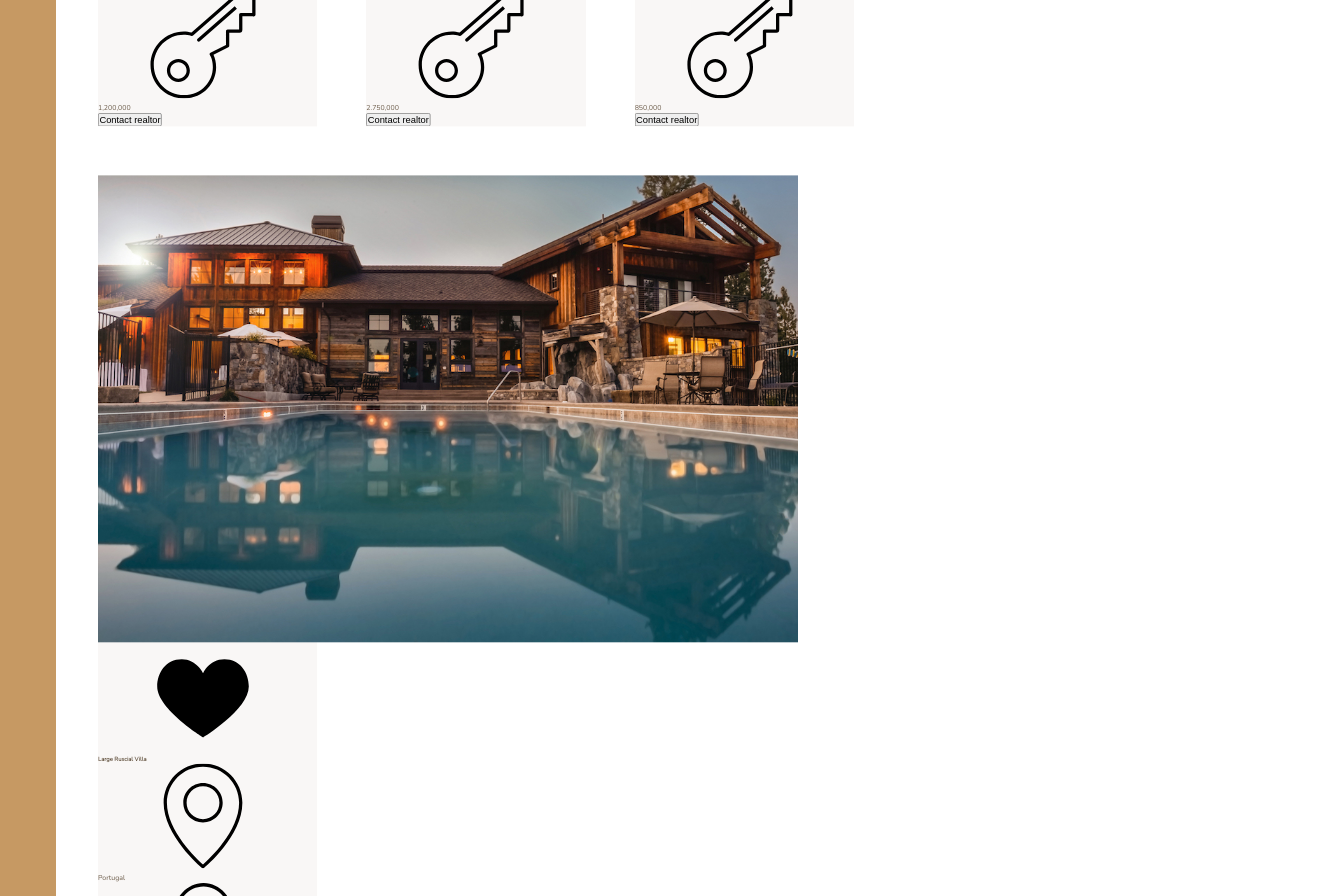
Repository: m2pd/your-home
Page: index.html
These files come from the project's save history. The page is drawn as it stood at one moment and after the next save; the edit follows.
The browser window is 1280 px wide. The page is 1907 px wide, so the pictures cover 1907 px, including what lies to the right of the window. The pictures show the part of the page from y = 3272 to 4552 px (the page is 5249 px tall), at 70% of full size.
The style sheet was rebuilt from its Sass, Less or Tailwind sources for each picture, by a compiler version that may differ from the author's.

Above is the page before, as saved 2020-03-05 15:45:12.

### index.html
<!DOCTYPE html>
<html lang="en">
    <head>
        <meta charset="UTF-8">
        <meta name="viewport" content="width=device-width, initial-scale=1.0">
        <meta http-equiv="X-UA-Compatible" content="ie=edge">

        <link href="https://fonts.googleapis.com/css?family=Josefin+Sans:300,400,400i|Nunito:300,300i" rel="stylesheet">
        <link rel="stylesheet" href="css/style.css">
        <link rel="shortcut icon" type="image/png" href="img/favicon.png">

        <title>nexter &mdash; your home, your freedom</title>
    </head>
    <body class="container">

        <div class="sidebar">
            Sidebar
        </div>

        <header class="header">
            Header
        </header>

        <div class="realtors">
            3 Realtors
        </div>

        <div class="features">
            <div class="feature feature-1">
                <svg class="feature__icon">
                    <use xlink:href="img/sprite.svg#icon-global"></use>
                </svg>
                <h4 class="heading-4 heading-4--dark">World's best luxury homes</h4>
                <p class="feature__text">
                    Lorem, ipsum dolor sit amet consectetur adipisicing elit. Tenetur distinctio necessitatibus pariatur voluptatibus.
                </p>
            </div>

            <div class="feature feature-2">
                <svg class="feature__icon">
                    <use xlink:href="img/sprite.svg#icon-trophy"></use>
                </svg>
                <h4 class="heading-4 heading-4--dark">Only the best properties</h4>
                <p class="feature__text">
                    Voluptatum mollitia quae. Vero ipsum sapiente molestias accusamus rerum sed a eligendi aut quia.
                </p>
            </div>

            <div class="feature feature-3">
                <svg class="feature__icon">
                    <use xlink:href="img/sprite.svg#icon-map-pin"></use>
                </svg>
                <h4 class="heading-4 heading-4--dark">All home in top location</h4>
                <p class="feature__text">
                    Tenetur distinctio necessitatibus pariatur voluptatibus quidem consequatur harum.
                </p>
            </div>

            <div class="feature feature-4">
                <svg class="feature__icon">
                    <use xlink:href="img/sprite.svg#icon-key"></use>
                </svg>
                <h4 class="heading-4 heading-4--dark">New home in one week</h4>
                <p class="feature__text">
                    Vero ipsum sapiente molestias accusamus rerum. Lorem, ipsum dolor sit amet consectetur adipisicing elit.
                </p>
            </div>

            <div class="feature feature-5">
                <svg class="feature__icon">
                    <use xlink:href="img/sprite.svg#icon-presentation"></use>
                </svg>
                <h4 class="heading-4">Top 1% realtors</h4>
                <p class="feature__text">
                    Quidem consequatur harum, voluptatum mollitia quae. Tenetur distinctio necessitatibus pariatur voluptatibus.
                </p>
            </div>

            <div class="feature feature-6">
                <svg class="feature__icon">
                    <use xlink:href="img/sprite.svg#icon-lock"></use>
                </svg>
                <h4 class="heading-4">Secure in Payment on nexter</h4>
                <p class="feature__text">
                    Pariatur voluptatibus quidem consequatur harum, voluptatum mollitia quae.
                </p>
            </div>
        </div>

        <div class="story__pictures">
            <img src="img/story-1.jpeg" alt="Couple with new house" class="story__img--1">
            <img src="img/story-2.jpeg" alt="New house" class="story__img--2">
        </div>

        <div class="story__content">
            <h3 class="heading-3 mb-sm">Happy Customer</h3>
            <h2 class="heading-2 heading-2--dark mb-md">&ldquo;The best decsion of our live&ldquo;</h2>
            <div class="story__text">
                Lorem ipsum dolor sit amet consectetur, adipisicing elit. Asperiores ipsam aut similique cumque nesciunt accusantium perspiciatis delectus! Incidunt, debitis ipsum.
            </div>
            <button class="btn">Find your our home</button>
        </div>

        <section class="homes">
            <div class="home">
                <img src="img/house-1.jpeg" alt="House 1" class="home__img">
                <svg class="home__like">
                    <use xlink:href="img/sprite.svg#icon-heart-full"></use>
                </svg>
                <h5 class="home__name">Beautiful Falimy House</h5>
                <div class="home__location">
                    <svg>
                        <use xlink:href="img/sprite.svg#icon-map-pin"></use>
                    </svg>
                    <p>USA</p>
                </div>
                <div class="home__rooms">
                    <svg>
                        <use xlink:href="img/sprite.svg#icon-profile-male"></use>
                    </svg>
                    <p>5 rooms</p>
                </div>
                <div class="home__area">
                    <svg>
                        <use xlink:href="img/sprite.svg#icon-expand"></use>
                    </svg>
                    <p>325m <sup>2</sup></p>
                </div>
                <div class="home__price">
                    <svg>
                        <use xlink:href="img/sprite.svg#icon-key"></use>
                    </svg>
                    <p>1,200,000</p>
                </div>
                <button class="cta">Contact realtor</button>
            </div>

            <div class="home">
                <img src="img/house-2.jpeg" alt="House 2" class="home__img">
                <svg class="home__like">
                    <use xlink:href="img/sprite.svg#icon-heart-full"></use>
                </svg>
                <h5 class="home__name">Mordern Glass Villa</h5>
                <div class="home__location">
                    <svg>
                        <use xlink:href="img/sprite.svg#icon-map-pin"></use>
                    </svg>
                    <p>Canada</p>
                </div>
                <div class="home__rooms">
                    <svg>
                        <use xlink:href="img/sprite.svg#icon-profile-male"></use>
                    </svg>
                    <p>6 rooms</p>
                </div>
                <div class="home__area">
                    <svg>
                        <use xlink:href="img/sprite.svg#icon-expand"></use>
                    </svg>
                    <p>45m <sup>2</sup></p>
                </div>
                <div class="home__price">
                    <svg>
                        <use xlink:href="img/sprite.svg#icon-key"></use>
                    </svg>
                    <p>2.750,000</p>
                </div>
                <button class="cta">Contact realtor</button>
            </div>

            <div class="home">
                <img src="img/house-3.jpeg" alt="House 3" class="home__img">
                <svg class="home__like">
                    <use xlink:href="img/sprite.svg#icon-heart-full"></use>
                </svg>
                <h5 class="home__name">Cozy Country House</h5>
                <div class="home__location">
                    <svg>
                        <use xlink:href="img/sprite.svg#icon-map-pin"></use>
                    </svg>
                    <p>UK</p>
                </div>
                <div class="home__rooms">
                    <svg>
                        <use xlink:href="img/sprite.svg#icon-profile-male"></use>
                    </svg>
                    <p>4 rooms</p>
                </div>
                <div class="home__area">
                    <svg>
                        <use xlink:href="img/sprite.svg#icon-expand"></use>
                    </svg>
                    <p>45m <sup>2</sup></p>
                </div>
                <div class="home__price">
                    <svg>
                        <use xlink:href="img/sprite.svg#icon-key"></use>
                    </svg>
                    <p>850,000</p>
                </div>
                <button class="cta">Contact realtor</button>
            </div>

            <div class="home">
                <img src="img/house-4.jpeg" alt="House 4" class="home__img">
                <svg class="home__like">
                    <use xlink:href="img/sprite.svg#icon-heart-full"></use>
                </svg>
                <h5 class="home__name">Large Ruscial Villa</h5>
                <div class="home__location">
                    <svg>
                        <use xlink:href="img/sprite.svg#icon-map-pin"></use>
                    </svg>
                    <p>Portugal</p>
                </div>
                <div class="home__rooms">
                    <svg>
                        <use xlink:href="img/sprite.svg#icon-profile-male"></use>
                    </svg>
                    <p>2 rooms</p>
                </div>
                <div class="home__area">
                    <svg>
                        <use xlink:href="img/sprite.svg#icon-expand"></use>
                    </svg>
                    <p>100m<sup>2</sup></p>
                </div>
                <div class="home__price">
                    <svg>
                        <use xlink:href="img/sprite.svg#icon-key"></use>
                    </svg>
                    <p>1,100,000</p>
                </div>
                <button class="cta">Contact realtor</button>
            </div>
        </section>

        <section class="gallery">
            Gallery
        </section>

        <footer class="footer">
            Footer
        </footer>

    </body>
</html>

### sass/_base.scss
// COLOR VARIABLES
$color-primary: #c69963;
$color-primary-dark: #B28451;

$color-secondary: #101d2c;

$color-grey-light-1: #f9f7f6;
$color-grey-light-2: #aaa;

$color-grey-dark-1: #54483A;
$color-grey-dark-2: #6D5D4B;

// FONT VARIABLES
$font-primary: 'Nunito', sans-serif;
$font-display: 'Josefin Sans', sans-serif;


*,
*::before,
*::after{
    margin:0;
    padding:0;
    box-sizing: inherit;
}

html{
    font-size:62.5%;
    box-sizing: border-box;
}

body{
    font-family: $font-primary;
    color: $color-grey-dark-2;
    font-weight: 300;
    line-height: 1.6;
}

.container{
    display: grid;
    grid-template-rows: 80vh min-content 40vw repeat(3, min-content);
    grid-template-columns:[sidebar-start] 8rem [sidebar-end full-start] minmax(6rem, 1fr) [center-start] repeat(8, [col-start] minmax(min-content, 14rem) [col-end]) [center-end] minmax(6rem, 1fr) [full-end];

}

### sass/_typography.scss
%heading {
  font-family: $font-display;
  font-weight: 400;
}

.heading-1 {
  @extend %heading;
}

.heading-2 {
  @extend %heading;
  font-size: 4rem;
  font-style: italic;
  line-height: 1;

  &--light{ color: $color-grey-light-1;}
  &--dark{ color: $color-grey-dark-1;}
}

.heading-3 {
  @extend %heading;

  font-size: 1.6rem;
  color: $color-primary;
  text-transform: uppercase;

}

.heading-4 {
  @extend %heading;
  font-size: 1.9rem;

  &--light{ color: $color-grey-light-1;}
  &--dark{ color: $color-grey-dark-1;}

}

.btn{
    background-color: $color-primary;
    color: #fff;
    font-size: 1.5rem;
    border: none;
    border-radius: none;
    padding: 1.6rem  3rem;
    text-transform: uppercase;
    cursor: pointer;
    transition: all .2s;

    &:hover{
      background-color: $color-primary-dark;
    }
}

.mb-sm{ margin-bottom: 2rem; }
.mb-md{ margin-bottom: 3rem; }
.mb-lg{ margin-bottom: 4rem; }
.mb-hg{ margin-bottom: 8rem; }

### sass/_features.scss
.features{
    grid-column: center-start /  center-end;

    margin: 15rem 0;
    display: grid;
    // grid-template-columns: repeat(3, 1fr);
    grid-template-columns: repeat(auto-fit, minmax(25rem, 1fr));
    grid-gap: 6rem;
}

.feature{
    display: grid;
    grid-template-columns: min-content 1fr;
    grid-column-gap: 2.5rem;
    grid-row-gap: 1.5rem;

    align-items: start;

    &__icon{
        fill: $color-primary;
        width:4.5rem;
        height:4.5rem;

        grid-row: 1 / span 2;
    }

    &__text{
        font-size: 1.7rem;
    }
}

### sass/_story.scss
.story{
    &__pictures{
        background-color: $color-primary;
        grid-column: full-start / col-end 4;
        background-image:linear-gradient(rgba($color-primary,.5), rgba($color-primary, .5)),
                         url(../img/back.jpg);

        display: grid;
        grid-template-columns: repeat(6, 1fr);
        grid-template-rows: repeat(6, 1fr);
        align-items:center ;
    }

    &__img--1{
        width: 100%;
        grid-column: 2 / 6;
        grid-row: 2 / 6;
        box-shadow: 0 2rem 5rem rgba(#000, .1);
    }

    &__img--2{
        width: 115%;
        grid-column: 4 / 7;
        grid-row: 4 / 6;
        z-index: 20;
        box-shadow: 0 2rem 5rem rgba(#000, .1);

    }

    &__content{
        background-color: $color-grey-light-1;
        grid-column: col-start 5 / full-end;

        padding: 6rem 8vw;

        // display: flex;
        // flex-direction: column;
        // justify-content: center;
        // align-items: flex-start;

        display: grid;
        align-content: center;
        justify-items: start;
    }

    &__text{
        font-size: 1.5rem;
        font-style: italic;
        margin-bottom: 4rem;


    }
}

### sass/_homes.scss
.homes{
    grid-column: center-start / center-end;
    margin: 15rem 0;

    display: grid;
    grid-template-columns: repeat(auto-fit, minmax(25rem, 1fr));
    grid-gap: 7rem;
}

.home{
    background-color:  $color-grey-light-1;
}

### sass/_gallery.scss
.gallery{
    background-color: $color-secondary;
    grid-column: full-start / full-end;
}

### sass/_footer.scss
.footer{
    background-color: $color-grey-light-2;
    grid-column: full-start / full-end;
}

Loaded but not shown: sass/main.scss (common file); sass/_sidebar.scss (common file); sass/_header.scss (common file); sass/_realtors.scss (common file)

After the next save:
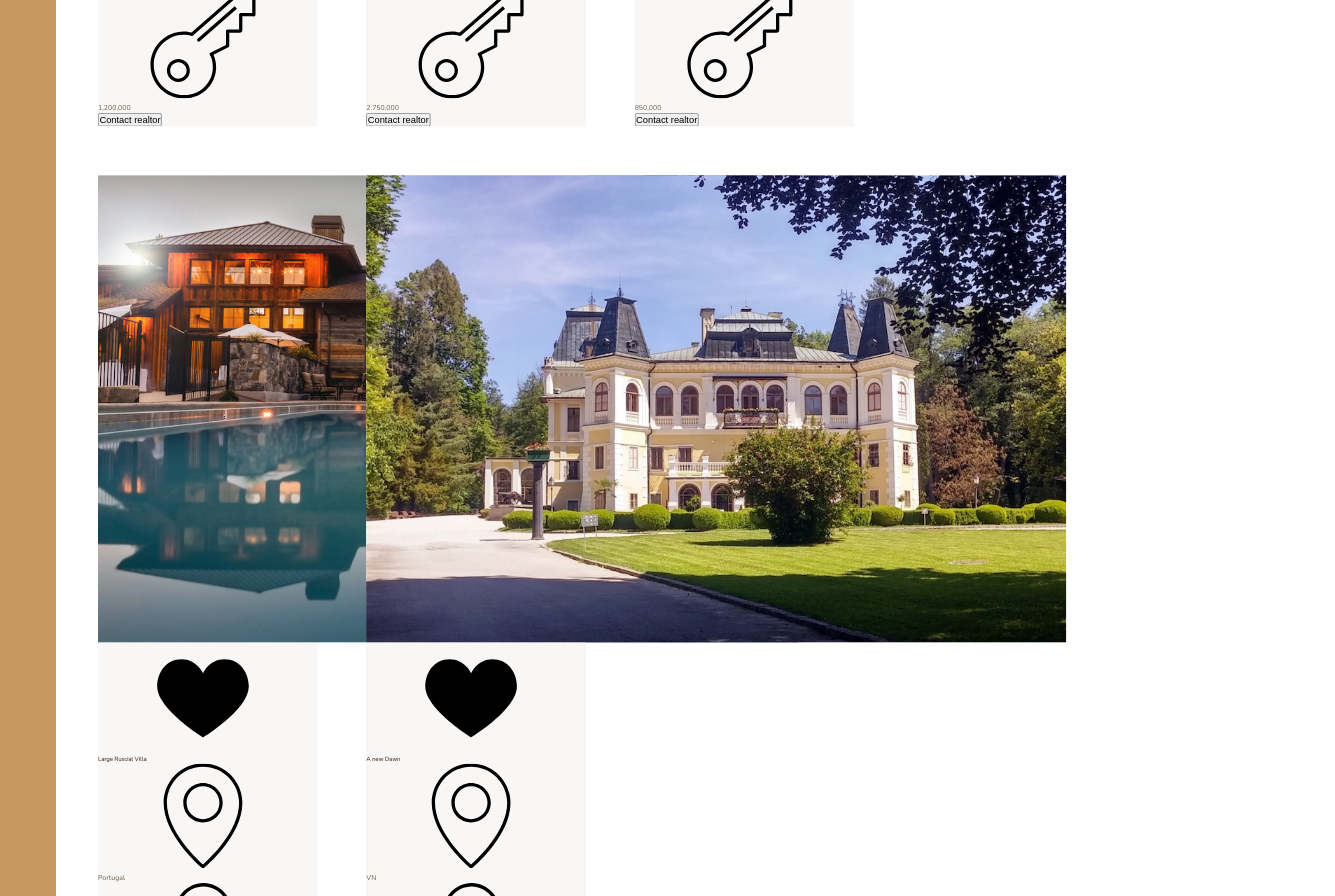
Saved 52 s later.
--- a/index.html
+++ b/index.html
@@ -233,6 +233,39 @@
                 </div>
                 <button class="cta">Contact realtor</button>
             </div>
+
+            <div class="home">
+                <img src="img/house-5.jpeg" alt="House 5" class="home__img">
+                <svg class="home__like">
+                    <use xlink:href="img/sprite.svg#icon-heart-full"></use>
+                </svg>
+                <h5 class="home__name">A new Dawn</h5>
+                <div class="home__location">
+                    <svg>
+                        <use xlink:href="img/sprite.svg#icon-map-pin"></use>
+                    </svg>
+                    <p>VN</p>
+                </div>
+                <div class="home__rooms">
+                    <svg>
+                        <use xlink:href="img/sprite.svg#icon-profile-male"></use>
+                    </svg>
+                    <p>3 rooms</p>
+                </div>
+                <div class="home__area">
+                    <svg>
+                        <use xlink:href="img/sprite.svg#icon-expand"></use>
+                    </svg>
+                    <p>100m<sup>2</sup></p>
+                </div>
+                <div class="home__price">
+                    <svg>
+                        <use xlink:href="img/sprite.svg#icon-key"></use>
+                    </svg>
+                    <p>2,000,000</p>
+                </div>
+                <button class="cta">Contact realtor</button>
+            </div>
         </section>
 
         <section class="gallery">
